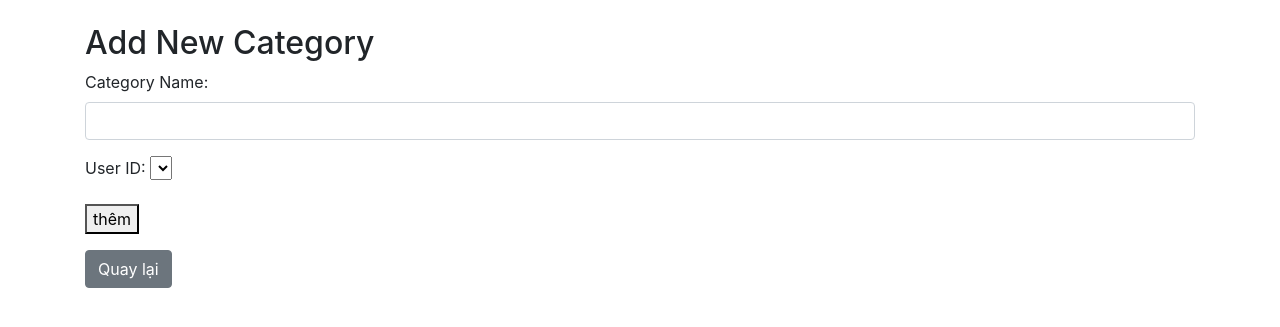
Repository: PhanVanHoa051204/Project3
Page: http://localhost/Project3/ChiTieu/addcategory.jsp
These files come from the project's save history. The page is drawn as it stood at one moment and after the next save; the edit follows.
The browser window is 1280 px wide. The pictures show the whole page.
The page is served by Tomcat 9. Queries for data that is not in the repository find no rows.

Above is the page before, as saved 2025-03-14 09:16:28.

After the next save:
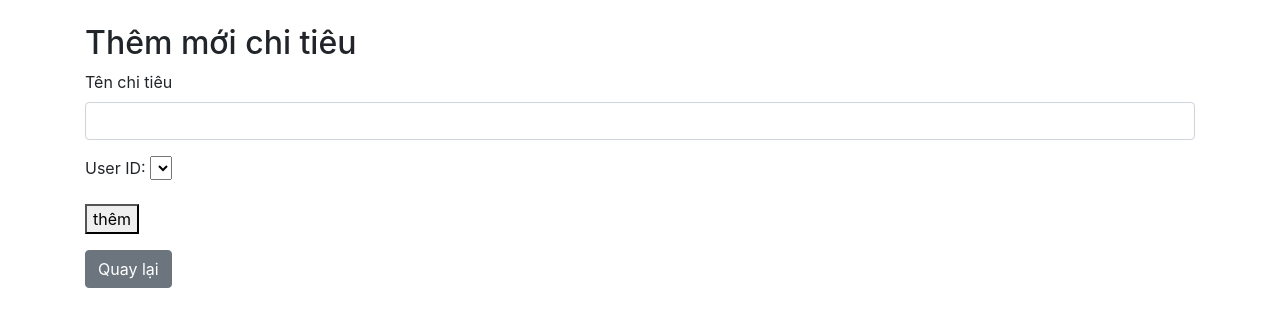
Saved 109 s later.
--- a/PhanVanHoa_2210900023_K22CNT1/Project3/src/main/webapp/ChiTieu/addcategory.jsp
+++ b/PhanVanHoa_2210900023_K22CNT1/Project3/src/main/webapp/ChiTieu/addcategory.jsp
@@ -6,17 +6,17 @@
 <head>
     <meta charset="UTF-8">
     <meta name="viewport" content="width=device-width, initial-scale=1.0">
-    <title>Add New Category</title>
+    <title>Thêm mới chi tiêu</title>
     <link rel="stylesheet" href="https://stackpath.bootstrapcdn.com/bootstrap/4.5.2/css/bootstrap.min.css">
 </head>
 <body class="container">
-    <h2 class="mt-4">Add New Category</h2>
+    <h2 class="mt-4">Thêm mới chi tiêu</h2>
 
     <!-- Form để thêm danh mục mới -->
     <form action="${pageContext.request.contextPath }/categories" method="post">
     <input type = "hidden" name = "action" value = "add">
         <div class="form-group">
-            <label for="category_name">Category Name:</label>
+            <label for="category_name">Tên chi tiêu</label>
             <input type="text" class="form-control" id="category_name" name="category_name" required>
         </div>
 
